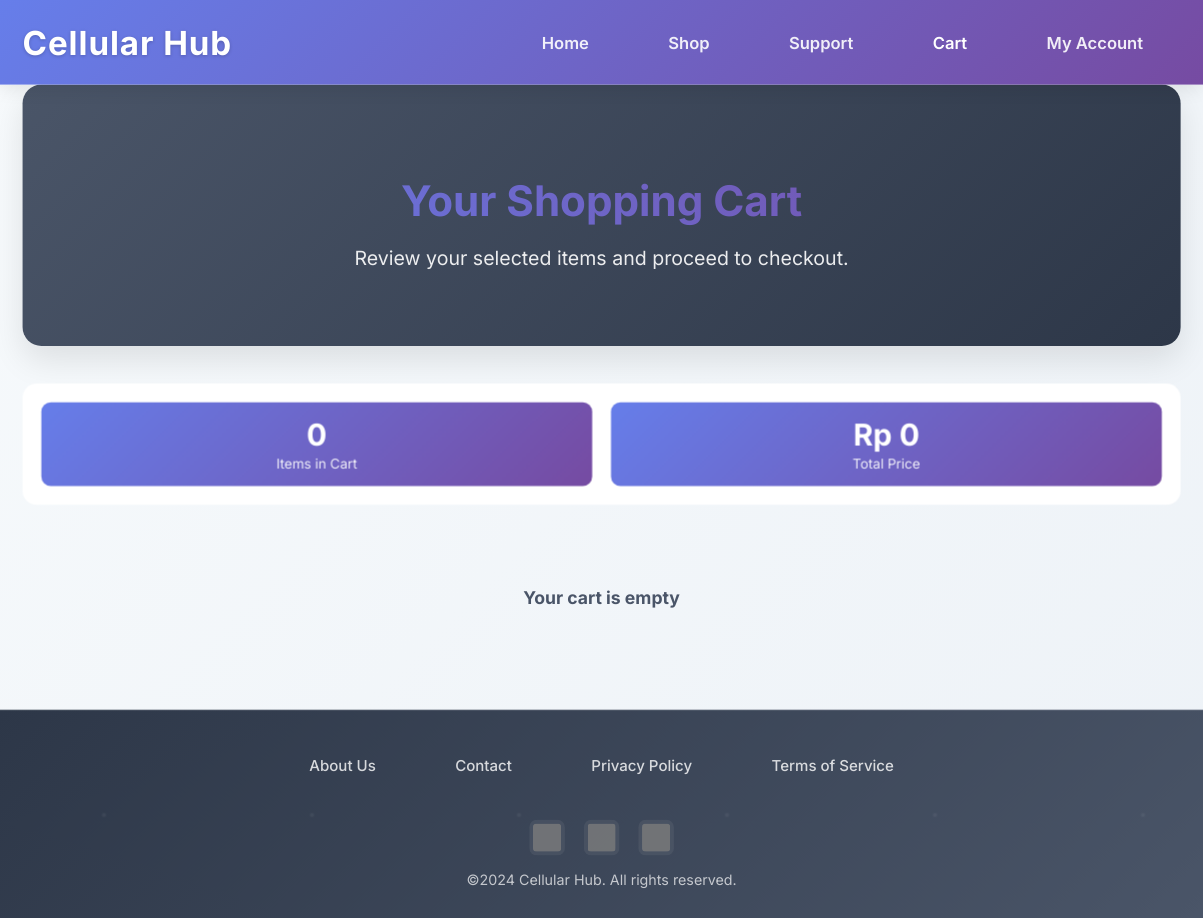
Repository: adrptrp/TP-2_kerja-sama
Page: cart.html
The author's editor kept a copy of each file at every save. The page is drawn from the files as they stood at one save, then again after the next save.
The browser window is 1280 px wide. The pictures show the whole page, at 94% of full size.
Pictures or frames that could not be fetched are drawn as grey boxes.

Above is the page before, as saved 2025-06-28 16:24:30.

### cart.html
<!DOCTYPE html>
<html lang="id">
<head>
    <meta charset="UTF-8">
    <meta name="viewport" content="width=device-width, initial-scale=1.0">
    <title>Cart - Cellular Hub</title>
    <link rel="stylesheet" href="css/style.css">
    <link href="https://fonts.googleapis.com/css?family=Inter:400,500,600,700&display=swap" rel="stylesheet">
</head>
<body>
    <!-- Header -->
    <header class="header">
        <div class="container header__container">
            <div class="header__logo">Cellular Hub</div>
            <nav class="header__nav">
                <a href="index.html">Home</a>
                <a href="shop.html">Shop</a>
                <a href="support.html">Support</a>
                <a href="cart.html" style="color: white;">Cart</a>
                <a href="#" onclick="checkLoginStatus()">My Account</a>
            </nav>
        </div>
    </header>

    <div class="container">
        <div class="hero-section" style="background: linear-gradient(135deg, #4a5568 0%, #2d3748 100%); color: white; padding: 60px 40px; border-radius: 20px; margin-bottom: 40px; text-align: center; box-shadow: 0 15px 35px rgba(0, 0, 0, 0.1);">
            <h2 style="font-size: 2.8rem; margin-bottom: 15px; background: linear-gradient(45deg, #667eea, #764ba2); -webkit-background-clip: text; -webkit-text-fill-color: transparent; background-clip: text;">Your Shopping Cart</h2>
            <p style="font-size: 1.3rem; opacity: 0.9;">Review your selected items and proceed to checkout.</p>
        </div>

        <div class="stats-section" style="background: rgba(255, 255, 255, 0.95); backdrop-filter: blur(10px); padding: 20px; border-radius: 15px; margin-bottom: 30px; text-align: center;">
            <div class="stats-grid" style="display: grid; grid-template-columns: repeat(auto-fit, minmax(150px, 1fr)); gap: 20px;">
                <div class="stat-item" style="padding: 15px; border-radius: 10px; background: linear-gradient(135deg, #667eea, #764ba2); color: white;">
                    <span class="stat-number" id="totalItems" style="font-size: 2rem; font-weight: bold; display: block;">0</span>
                    <span class="stat-label" style="font-size: 0.9rem; opacity: 0.9;">Items in Cart</span>
                </div>
                <div class="stat-item" style="padding: 15px; border-radius: 10px; background: linear-gradient(135deg, #667eea, #764ba2); color: white;">
                    <span class="stat-number" id="totalPrice" style="font-size: 2rem; font-weight: bold; display: block;">Rp 0</span>
                    <span class="stat-label" style="font-size: 0.9rem; opacity: 0.9;">Total Price</span>
                </div>
            </div>
        </div>

        <div class="phones-grid" id="cartItemsContainer" style="display: grid; grid-template-columns: repeat(auto-fit, minmax(350px, 1fr)); gap: 25px; margin-top: 30px;">
            <!-- Cart items will be dynamically loaded here -->
        </div>
    </div>

    <!-- Footer -->
    <footer class="footer">
        <div class="footer__links">
            <a href="about.html">About Us</a>
            <a href="contact.html">Contact</a>
            <a href="privacy.html">Privacy Policy</a>
            <a href="terms.html">Terms of Service</a>
        </div>
        <div class="footer__copyright">
            <div class="footer__socials">
                <img src="assets/twitter.png" alt="Twitter">
                <img src="assets/facebook.png" alt="Facebook">
                <img src="assets/instagram.png" alt="Instagram">
            </div>
            <span>&copy;2024 Cellular Hub. All rights reserved.</span>
        </div>
    </footer>

    <script src="js/script.js"></script>
    <script>
    function checkLoginStatus() {
      const storedUser = localStorage.getItem('userAccount');
      if (storedUser) {
        const user = JSON.parse(storedUser);
        if (user.isAuthenticated) {
          window.location.href = 'myaccount.html';
        } else {
          alert('Your session has expired. Please log in again.');
          window.location.href = 'myaccount.html?login=true';
        }
      } else {
        alert('Your session has expired. Please log in again.');
        window.location.href = 'myaccount.html?login=true';
      }
    }

    // Format currency
    function formatPrice(price) {
        return new Intl.NumberFormat('id-ID', {
            style: 'currency',
            currency: 'IDR',
            minimumFractionDigits: 0
        }).format(price);
    }

    // Render cart items
    function renderCartItems() {
        const container = document.getElementById('cartItemsContainer');
        const cart = JSON.parse(localStorage.getItem('cart')) || [];

        if (cart.length === 0) {
            container.innerHTML = '<div style="text-align: center; padding: 40px; color: #4a5568;"><h3>Your cart is empty</h3></div>';
            document.getElementById('totalItems').textContent = '0';
            document.getElementById('totalPrice').textContent = formatPrice(0);
            return;
        }

        let total = 0;
        let totalItems = 0;
        const cartItems = cart.map(item => {
            const itemTotal = item.price * item.quantity;
            total += itemTotal;
            totalItems += item.quantity;
            return `
                <div class="phone-card" style="background: rgba(255, 255, 255, 0.95); backdrop-filter: blur(10px); border-radius: 20px; padding: 25px; box-shadow: 0 10px 30px rgba(0, 0, 0, 0.1); transition: all 0.3s ease; border: 1px solid rgba(255, 255, 255, 0.2);">
                    <div class="phone-header" style="display: flex; justify-content: space-between; align-items: flex-start; margin-bottom: 20px;">
                        <div class="phone-name" style="font-size: 1.4rem; font-weight: bold; color: #2d3748;">${item.name}</div>
                        <div class="phone-price" style="background: linear-gradient(135deg, #667eea, #764ba2); color: white; padding: 8px 15px; border-radius: 20px; font-weight: bold; font-size: 0.9rem;">${formatPrice(itemTotal)}</div>
                    </div>
                    <div class="phone-specs" style="display: grid; grid-template-columns: 1fr 1fr; gap: 15px; margin-bottom: 20px;">
                        <div class="spec-item" style="display: flex; flex-direction: column;">
                            <div class="spec-label" style="font-size: 0.8rem; color: #718096; text-transform: uppercase; letter-spacing: 0.5px; margin-bottom: 5px;">Quantity</div>
                            <div class="spec-value" style="font-weight: 600; color: #2d3748; font-size: 0.95rem;">${item.quantity}</div>
                        </div>
                        <div class="spec-item" style="display: flex; flex-direction: column;">
                            <div class="spec-label" style="font-size: 0.8rem; color: #718096; text-transform: uppercase; letter-spacing: 0.5px; margin-bottom: 5px;">Price per Item</div>
                            <div class="spec-value" style="font-weight: 600; color: #2d3748; font-size: 0.95rem;">${formatPrice(item.price)}</div>
                        </div>
                    </div>
                    <button class="add-to-cart-btn" onclick="removeFromCart('${item.name}')" style="background: linear-gradient(135deg, #ff6b6b, #ee5253); color: white; border: none; padding: 10px 20px; border-radius: 10px; cursor: pointer; font-size: 1rem; font-weight: 500; transition: all 0.3s ease;">Remove from Cart</button>
                </div>
            `;
        }).join('');

        container.innerHTML = cartItems;
        document.getElementById('totalItems').textContent = totalItems;
        document.getElementById('totalPrice').textContent = formatPrice(total);
    }

    // Function to remove item from cart
    function removeFromCart(name) {
        let cart = JSON.parse(localStorage.getItem('cart')) || [];
        const index = cart.findIndex(item => item.name === name);
        if (index !== -1) {
            if (cart[index].quantity > 1) {
                cart[index].quantity -= 1;
            } else {
                cart.splice(index, 1);
            }
            localStorage.setItem('cart', JSON.stringify(cart));
            alert(`${name} has been removed from your cart!`);
            renderCartItems();
        }
    }

    // Initialize
    document.addEventListener('DOMContentLoaded', function() {
        renderCartItems();
    });
    </script>
</body>
</html>

### css/style.css
body {
  font-family: 'Inter', Arial, sans-serif;
  margin: 0;
  background: linear-gradient(135deg, #f7fafc 0%, #edf2f7 100%);
  color: #2d3748;
  min-height: 100vh;
  overflow-x: hidden;
}

.container {
  max-width: 1500px;
  margin: 0 auto;
  padding: 0 24px;
}

.header {
  background: linear-gradient(135deg, #667eea 0%, #764ba2 100%);
  box-shadow: 0 4px 20px rgba(0,0,0,0.1);
  padding: 1.5rem 0;
  position: sticky;
  top: 0;
  z-index: 10;
  backdrop-filter: blur(10px);
}
.header__container {
  display: flex;
  align-items: center;
  justify-content: space-between;
}
.header__logo {
  font-weight: 800;
  font-size: 2.2rem;
  letter-spacing: 1px;
  color: white;
  text-shadow: 0 2px 4px rgba(0,0,0,0.2);
}
.header__nav a {
  margin: 0 1.5rem;
  text-decoration: none;
  color: rgba(255, 255, 255, 0.9);
  font-weight: 600;
  font-size: 1.1rem;
  transition: all 0.3s ease;
  padding: 0.5rem 1rem;
  border-radius: 15px;
  position: relative;
}
.header__nav a:hover {
  color: white;
  background: rgba(255, 255, 255, 0.1);
  transform: translateY(-2px);
}
.header__nav a.active {
  color: white;
  background: rgba(255, 255, 255, 0.2);
  box-shadow: 0 4px 15px rgba(0, 0, 0, 0.1);
}
.header__actions {
  display: flex;
  align-items: center;
  gap: 1.5rem;
}
.header__search {
  padding: 0.75rem 1.5rem;
  border-radius: 25px;
  border: none;
  background: rgba(255, 255, 255, 0.9);
  font-size: 1rem;
  transition: all 0.3s ease;
  box-shadow: 0 4px 15px rgba(0, 0, 0, 0.1);
  backdrop-filter: blur(10px);
}
.header__search:focus {
  outline: none;
  background: white;
  box-shadow: 0 8px 25px rgba(0, 0, 0, 0.15);
  transform: translateY(-2px);
}
.header__search::placeholder {
  color: #718096;
}
.header__user img {
  width: 40px;
  height: 40px;
  border-radius: 50%;
  object-fit: cover;
  border: 2px solid rgba(255, 255, 255, 0.3);
  transition: all 0.3s ease;
  box-shadow: 0 4px 15px rgba(0, 0, 0, 0.1);
}
.header__user img:hover {
  transform: scale(1.1);
  border-color: rgba(255, 255, 255, 0.5);
}

.hero {
  position: relative;
  margin: 2.5rem auto 2.5rem auto;
  max-width: 1300px;
  border-radius: 24px;
  overflow: hidden;
  box-shadow: 0 4px 24px rgba(0,0,0,0.07);
  background: #ffffff;
}
.hero__img {
  width: 100%;
  display: block;
  height: 500px;
  object-fit: cover;
  filter: brightness(0.85);
}
.hero__text {
  position: absolute;
  left: 0;
  bottom: 0;
  width: 100%;
  padding: 3rem 3rem 2.5rem 3rem;
  color: #fff;
  background: linear-gradient(0deg, rgba(0,0,0,0.45) 60%, rgba(0,0,0,0.05) 100%);
}
.hero__text h1 {
  margin: 0 0 0.7rem 0;
  font-size: 2.7rem;
  font-weight: 700;
}
.hero__text p {
  margin: 0;
  font-size: 1.25rem;
  font-weight: 400;
}

.section {
  margin: 3rem auto;
  max-width: 1500px;
  padding: 0 24px;
}

.section h2 {
  font-size: 2rem;
  font-weight: 700;
  margin-bottom: 2rem;
  color: #2d3748;
  text-align: center;
  position: relative;
}

.section h2::after {
  content: '';
  position: absolute;
  bottom: -10px;
  left: 50%;
  transform: translateX(-50%);
  width: 60px;
  height: 3px;
  background: linear-gradient(90deg, #667eea, #764ba2);
  border-radius: 2px;
}

.cards {
  display: grid;
  grid-template-columns: repeat(auto-fit, minmax(280px, 1fr));
  gap: 2rem;
}

.card {
  background: rgba(255, 255, 255, 0.95);
  border-radius: 20px;
  box-shadow: 0 10px 30px rgba(0, 0, 0, 0.1);
  padding: 2rem;
  display: flex;
  flex-direction: column;
  align-items: center;
  transition: all 0.4s cubic-bezier(0.175, 0.885, 0.32, 1.275);
  backdrop-filter: blur(10px);
  border: 1px solid rgba(255, 255, 255, 0.2);
  position: relative;
  overflow: hidden;
}

.card::before {
  content: '';
  position: absolute;
  top: 0;
  left: 0;
  right: 0;
  height: 4px;
  background: linear-gradient(90deg, #667eea, #764ba2, #f093fb);
  transform: scaleX(0);
  transition: transform 0.3s ease;
}

.card:hover {
  transform: translateY(-10px) scale(1.02);
  box-shadow: 0 20px 40px rgba(0, 0, 0, 0.15);
}

.card:hover::before {
  transform: scaleX(1);
}

.card img {
  width: 200px;
  height: 300px;
  object-fit: contain;
  margin-bottom: 1.5rem;
  border-radius: 15px;
  background: linear-gradient(135deg, #f7fafc 0%, #edf2f7 100%);
  padding: 1rem;
  transition: all 0.3s ease;
}

.card:hover img {
  transform: scale(1.05);
}

.card h3 {
  margin: 0.5rem 0 1rem 0;
  font-size: 1.3rem;
  font-weight: 700;
  color: #2d3748;
}

.card p {
  margin: 0;
  font-size: 1rem;
  color: #718096;
  text-align: center;
  line-height: 1.6;
}

.footer {
  background: linear-gradient(135deg, #2d3748 0%, #4a5568 100%);
  border-top: 1px solid rgba(255, 255, 255, 0.1);
  margin-top: 3rem;
  padding: 3rem 0 2rem 0;
  text-align: center;
  position: relative;
}

.footer::before {
  content: '';
  position: absolute;
  top: 0;
  left: 0;
  right: 0;
  bottom: 0;
  background: url('data:[embedded picture, 297 characters]');
  pointer-events: none;
}

.footer__links {
  margin-bottom: 2rem;
  position: relative;
  z-index: 1;
}

.footer__links a {
  margin: 0 1.5rem;
  color: rgba(255, 255, 255, 0.8);
  text-decoration: none;
  font-size: 1rem;
  font-weight: 500;
  transition: all 0.3s ease;
  padding: 0.5rem 1rem;
  border-radius: 15px;
}

.footer__links a:hover {
  color: white;
  background: rgba(255, 255, 255, 0.1);
  transform: translateY(-2px);
}

.footer__copyright {
  display: flex;
  flex-direction: column;
  align-items: center;
  gap: 1rem;
  font-size: 0.95rem;
  color: rgba(255, 255, 255, 0.7);
  position: relative;
  z-index: 1;
}

.footer__socials {
  margin-top: 1rem;
}

.footer__socials img {
  width: 30px;
  height: 30px;
  margin: 0 0.5rem;
  vertical-align: middle;
  filter: brightness(0.8);
  opacity: 0.8;
  transition: all 0.3s ease;
  border-radius: 8px;
  padding: 0.25rem;
  background: rgba(255, 255, 255, 0.1);
}

.footer__socials img:hover {
  filter: brightness(1);
  opacity: 1;
  transform: translateY(-2px) scale(1.1);
  background: rgba(255, 255, 255, 0.2);
}

@media (max-width: 1000px) {
  .hero {
    max-width: 98vw;
  }
  .hero__img {
    height: 400px;
  }
  .hero__text {
    padding: 2rem 2rem 1.5rem 2rem;
  }
  .hero__text h1 {
    font-size: 2.2rem;
  }
  .hero__text p {
    font-size: 1.1rem;
  }
}

@media (max-width: 800px) {
  .container, .section {
    padding: 0 20px;
  }
  .hero__text {
    padding: 1.5rem 1.5rem 1rem 1.5rem;
  }
  .hero__img {
    height: 300px;
  }
  .section h2 {
    font-size: 1.6rem;
  }
  .cards {
    grid-template-columns: repeat(auto-fit, minmax(250px, 1fr));
    gap: 1.5rem;
  }
}

@media (max-width: 600px) {
  .header__container {
    flex-direction: column;
    gap: 1rem;
  }
  .hero {
    max-width: 100vw;
  }
  .section {
    margin: 2rem auto;
  }
  .cards {
    grid-template-columns: 1fr;
    gap: 1.5rem;
  }
  .footer__links a {
    margin: 0 0.8rem;
    font-size: 0.9rem;
  }
  .card img {
    width: 180px;
    height: 250px;
  }
  .section h2 {
    font-size: 1.4rem;
  }
}

.hero.hero--full {
  position: relative;
  left: 50%;
  right: 50%;
  margin-left: -50vw;
  margin-right: -50vw;
  width: 100vw;
  min-width: 100vw;
  max-width: 100vw;
  box-sizing: border-box;
  min-height: 80vh;
  padding: 0;
  border-radius: 0;
  display: flex;
  align-items: center;
  justify-content: center;
  text-align: center;
  background: linear-gradient(135deg, #667eea 0%, #764ba2 100%);
  overflow: hidden;
  z-index: 1;
}

.hero__bg {
  position: absolute;
  top: 0;
  left: 0;
  right: 0;
  bottom: 0;
  background: url('data:[embedded picture, 296 characters]');
  pointer-events: none;
}

.hero__center {
  position: relative;
  z-index: 1;
  max-width: 800px;
  padding: 0 2rem;
}

.hero__center h1 {
  font-size: 4rem;
  font-weight: 800;
  margin-bottom: 1.5rem;
  color: white;
  text-shadow: 0 4px 8px rgba(0,0,0,0.3);
  background: linear-gradient(45deg, #fff, #f0f0f0);
  -webkit-background-clip: text;
  -webkit-text-fill-color: transparent;
  background-clip: text;
}

.hero__center p {
  font-size: 1.4rem;
  margin-bottom: 2.5rem;
  color: rgba(255, 255, 255, 0.9);
  line-height: 1.6;
}

.hero__btn {
  display: inline-block;
  padding: 1.2rem 3rem;
  background: linear-gradient(135deg, #48bb78 0%, #38a169 100%);
  color: white;
  text-decoration: none;
  border-radius: 25px;
  font-weight: 700;
  font-size: 1.1rem;
  transition: all 0.3s ease;
  box-shadow: 0 8px 25px rgba(72, 187, 120, 0.3);
  position: relative;
  overflow: hidden;
}

.hero__btn::before {
  content: '';
  position: absolute;
  top: 0;
  left: -100%;
  width: 100%;
  height: 100%;
  background: linear-gradient(90deg, transparent, rgba(255,255,255,0.2), transparent);
  transition: left 0.5s ease;
}

.hero__btn:hover {
  transform: translateY(-3px);
  box-shadow: 0 12px 35px rgba(72, 187, 120, 0.4);
  color: white;
}

.hero__btn:hover::before {
  left: 100%;
}

html, body {
  margin: 0;
  padding: 0;
  width: 100%;
  box-sizing: border-box;
  overflow-x: hidden;
}

### js/script.js
// Efek interaktif: Filter produk berdasarkan input search

document.addEventListener('DOMContentLoaded', function() {
  const searchInput = document.querySelector('.header__search');
  const cardSections = [
    document.querySelector('.featured .cards'),
    document.querySelector('.arrivals .cards')
  ];

  if (searchInput) {
    searchInput.addEventListener('input', function(e) {
      const query = e.target.value.toLowerCase();
      cardSections.forEach(section => {
        if (!section) return;
        const cards = section.querySelectorAll('.card');
        cards.forEach(card => {
          const text = card.textContent.toLowerCase();
          if (text.includes(query)) {
            card.style.display = '';
          } else {
            card.style.display = 'none';
          }
        });
      });
    });
  }
});

After the next save:
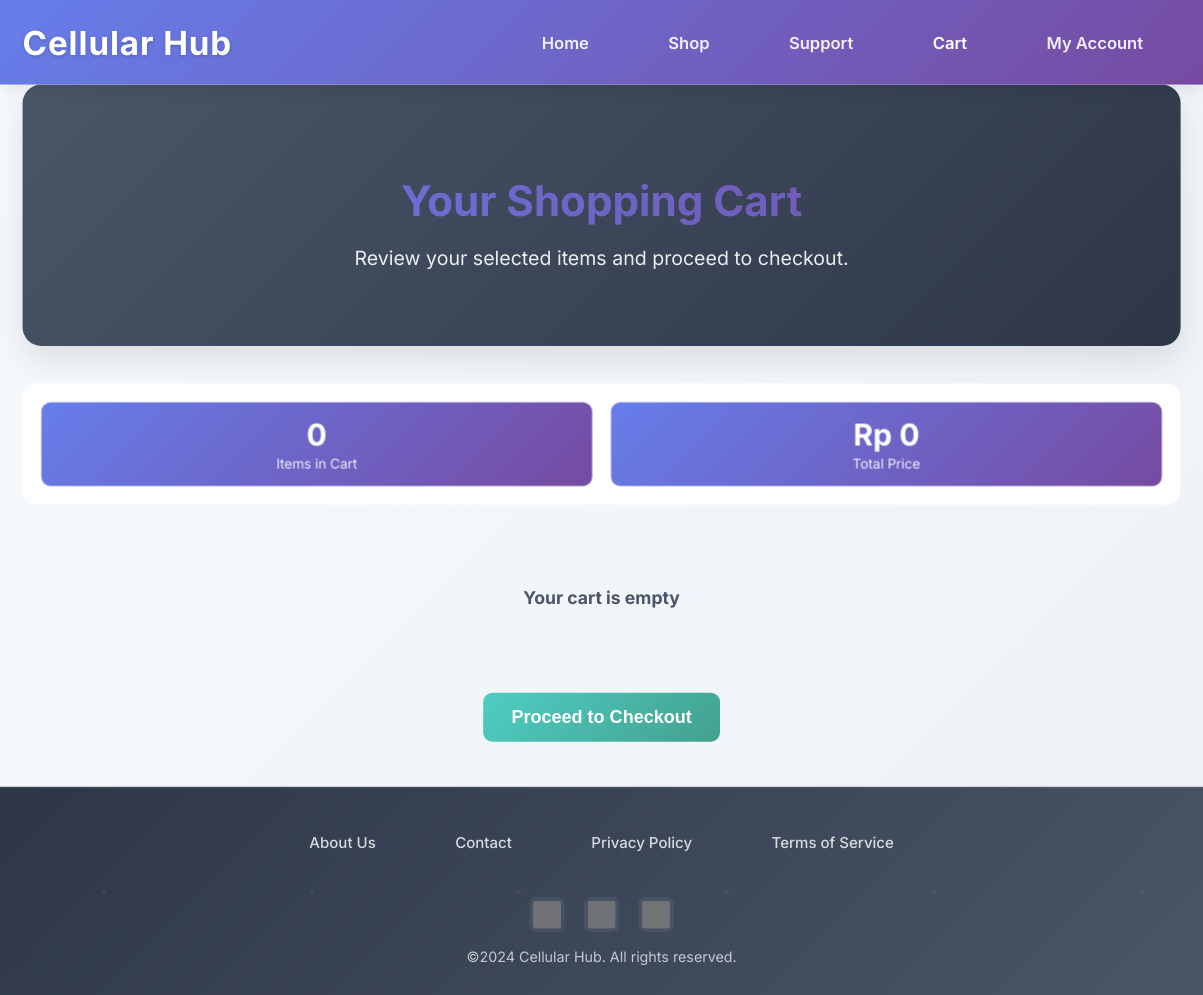
Saved 2 min 19 s later.
--- a/cart.html
+++ b/cart.html
@@ -43,6 +43,9 @@
 
         <div class="phones-grid" id="cartItemsContainer" style="display: grid; grid-template-columns: repeat(auto-fit, minmax(350px, 1fr)); gap: 25px; margin-top: 30px;">
             <!-- Cart items will be dynamically loaded here -->
+        </div>
+        <div style="text-align: center; margin-top: 30px;">
+            <button onclick="proceedToCheckout()" style="background: linear-gradient(135deg, #4ecdc4, #44a08d); color: white; border: none; padding: 15px 30px; border-radius: 10px; cursor: pointer; font-size: 1.2rem; font-weight: 600; transition: all 0.3s ease;">Proceed to Checkout</button>
         </div>
     </div>
 
@@ -155,6 +158,19 @@
     document.addEventListener('DOMContentLoaded', function() {
         renderCartItems();
     });
+
+    // Function to proceed to checkout
+    function proceedToCheckout() {
+        const cart = JSON.parse(localStorage.getItem('cart')) || [];
+        if (cart.length === 0) {
+            alert('Your cart is empty. Please add items before proceeding to checkout.');
+        } else {
+            alert('Proceeding to checkout. You will be redirected to the payment page.');
+            // Here you would redirect to a checkout page or payment gateway
+            // For now, we'll just simulate a redirect
+            window.location.href = 'checkout.html';
+        }
+    }
     </script>
 </body>
 </html>
